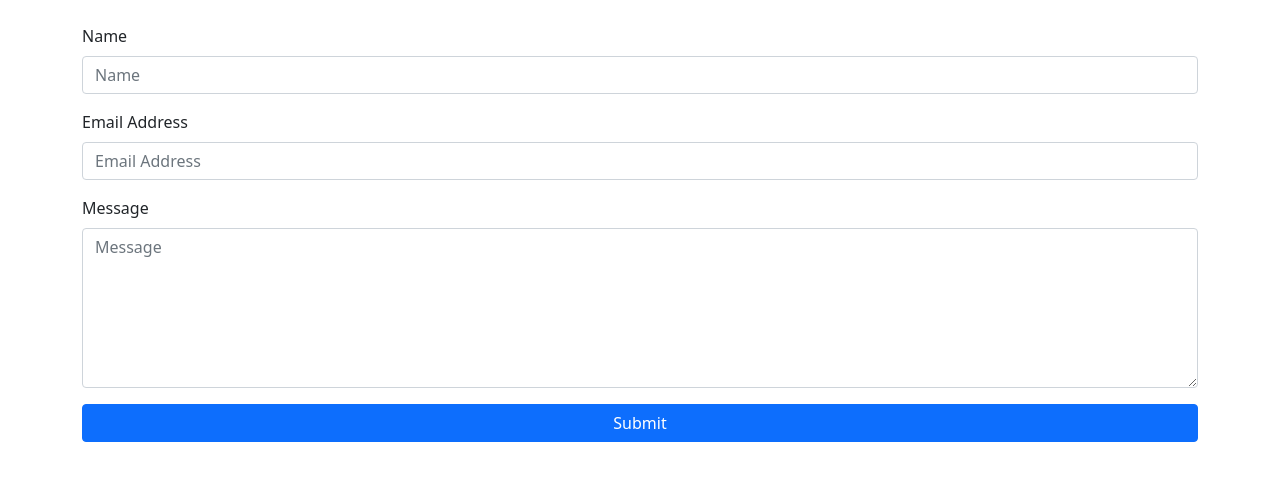
Repository: ahamie71/myfolio
Page: http://localhost/contact.php
An editor plug-in stored every save of this project. The page is shown before and after a run of saves, followed by the edit.
The browser window is 1280 px wide. The pictures show the whole page.
The page is run by PHP 8.4 with error messages shown; the project is at /var/www/html/.

Above is the page before, as saved 2023-01-11 15:54:39.

### contact.php
<?php
if (isset($_POST['register'])) {

    if (isset($_POST['name']) && $_POST['email'] && $_POST['message']) {

        $name = $_POST['name'];
        $email = $_POST['email'];
        $message = $_POST['message'];

        $db = new PDO('mysql:host=localhost;dbname=portfeuille;charset=utf8', 'root', 'root');
        $req = $db->prepare("INSERT INTO user (name,email,message) VALUES (:name,:email,:message)");
        $req->execute(
            array(
                ':name' => $name,
                ':email' => $email,
                ':message' => $message,
            )

        );

        if ($req) {

        } else {
            echo "not good";
        }
    }
}

if (isset($_GET['error'])) {
    switch ($_GET['error']) {
        case 1:
            $message = "Votre message à été bien reçu";
            break;
        case 2:
            $message = "Votre n'a pas été reçu";
            break;
    }
}



?>
<!DOCTYPE html>
<html lang="en">

<head>
    <meta charset="UTF-8">
    <meta http-equiv="X-UA-Compatible" content="IE=edge">
    <link href="https://cdn.jsdelivr.net/npm/bootstrap@5.0.2/dist/css/bootstrap.min.css" rel="stylesheet"
        integrity="sha384-EVSTQN3/azprG1Anm3QDgpJLIm9Nao0Yz1ztcQTwFspd3yD65VohhpuuCOmLASjC" crossorigin="anonymous">
    <meta name="viewport" content="width=device-width, initial-scale=1.0">
    <title>Document</title>
</head>

<body>
    <div class="container py-4">

        <!-- Bootstrap 5 starter form -->
        <form id="contactForm" data-sb-form-api-token="API_TOKEN" action="contact.php" method="post">

            <!-- Name input -->
            <div class="mb-3">
                <label class="form-label" for="name">Name</label>
                <input class="form-control" id="name" type="text" placeholder="Name" data-sb-validations="required"
                    name="name" />
                <div class="invalid-feedback" data-sb-feedback="name:required">Name is required.</div>
            </div>

            <!-- Email address input -->
            <div class="mb-3">
                <label class="form-label" for="emailAddress">Email Address</label>
                <input class="form-control" id="emailAddress" type="email" placeholder="Email Address"
                    data-sb-validations="required, email" name="email" />
                <div class="invalid-feedback" data-sb-feedback="emailAddress:required">Email Address is required.</div>
                <div class="invalid-feedback" data-sb-feedback="emailAddress:email">Email Address Email is not valid.
                </div>
            </div>

            <!-- Message input -->
            <div class="mb-3">
                <label class="form-label" for="message">Message</label>
                <textarea class="form-control" id="message" type="text" placeholder="Message" style="height: 10rem;"
                    data-sb-validations="required" name="message"></textarea>
                <div class="invalid-feedback" data-sb-feedback="message:required">Message is required.</div>
            </div>

            <!-- Form submissions success message -->



            <!-- Form submit button -->
            <div class="d-grid">
                <button class="btn btn-primary " id="submitButton" type="submit"
                    name="register">Submit</button>
            </div>

        </form>

    </div>
    <script src="https://cdn.jsdelivr.net/npm/@popperjs/core@2.9.2/dist/umd/popper.min.js"
        integrity="sha384-IQsoLXl5PILFhosVNubq5LC7Qb9DXgDA9i+tQ8Zj3iwWAwPtgFTxbJ8NT4GN1R8p"
        crossorigin="anonymous"></script>
    <script src="https://cdn.jsdelivr.net/npm/bootstrap@5.0.2/dist/js/bootstrap.min.js"
        integrity="sha384-cVKIPhGWiC2Al4u+LWgxfKTRIcfu0JTxR+EQDz/bgldoEyl4H0zUF0QKbrJ0EcQF"
        crossorigin="anonymous"></script>
    <!-- SB Forms JS -->
    <script src="https://cdn.startbootstrap.com/sb-forms-latest.js"></script>
</body>

</html>

After the next 2 saves:
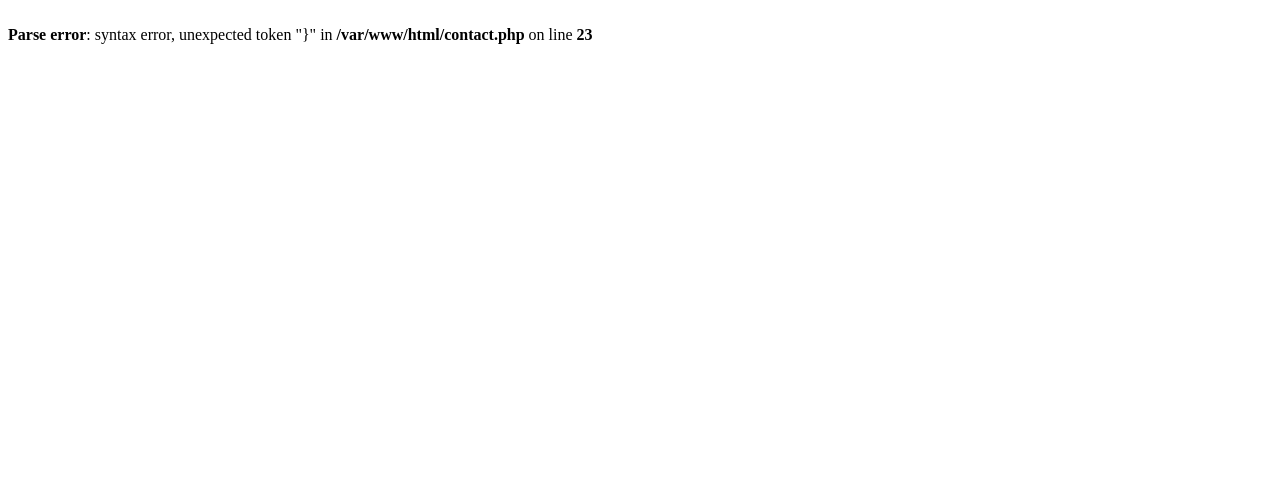
The 2 saves are shown as one change because they came seconds apart.
The last was saved 7 s later.
--- a/contact.php
+++ b/contact.php
@@ -19,7 +19,7 @@ if (isset($_POST['register'])) {
         );
 
         if ($req) {
-
+            header('location:')
         } else {
             echo "not good";
         }
